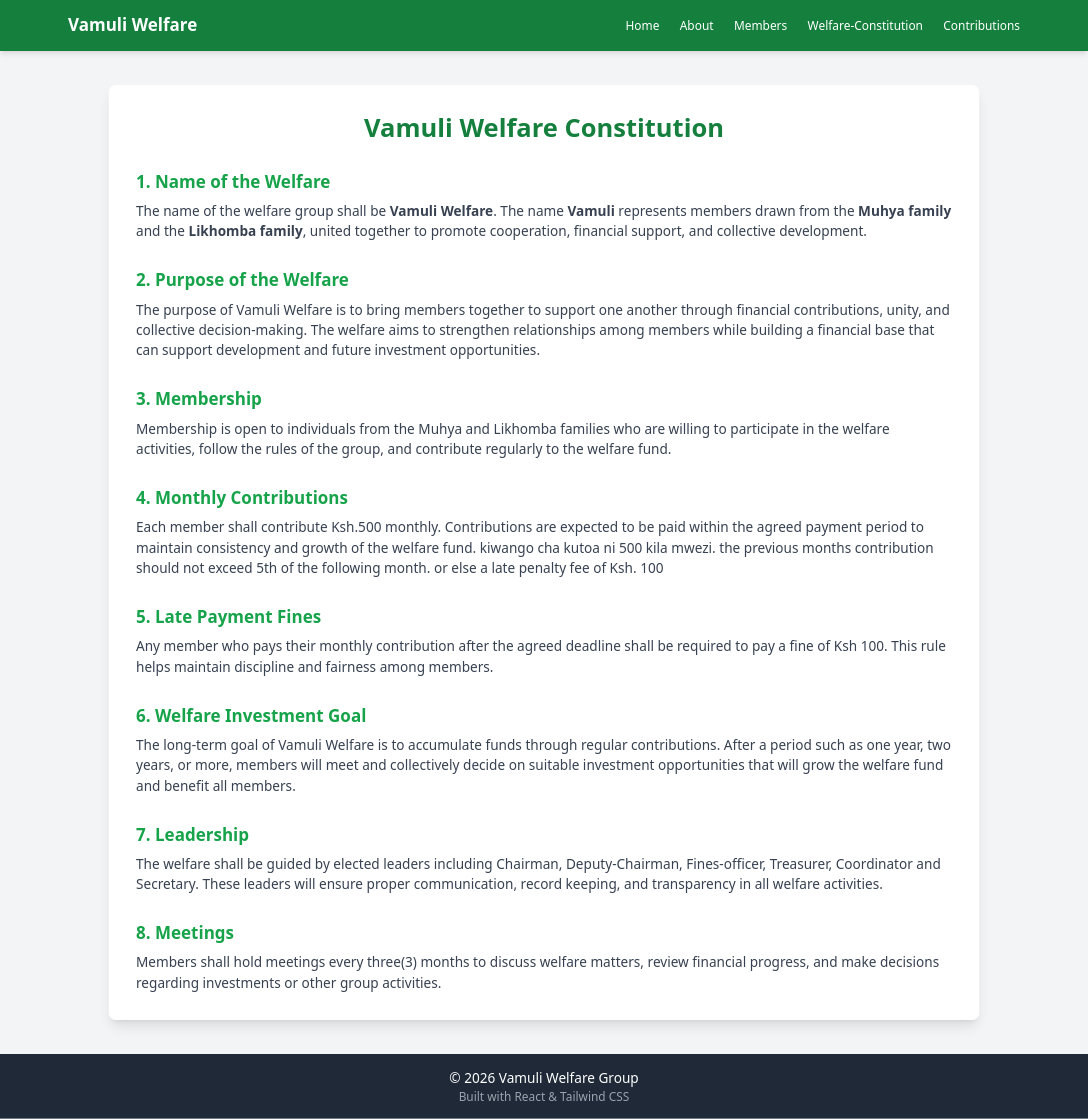
Repository: Engineer-collo/Vamuli-welfare
Page: /constitution
These files come from the project's save history. The page is drawn as it stood at one moment and after a run of saves; the edit follows.
The browser window is 1280 px wide. The pictures show the whole page, at 85% of full size.
The project was rebuilt for these pictures with package versions that can differ from the ones it lists, and the page was loaded fresh each time. Also part of the build but not shown: vite.config.js, src/pages/contributionsData.js, src/pages/Home.jsx, src/pages/Members.jsx, src/pages/ContributionsTable.jsx, src/pages/About.jsx.

Above is the page before, as saved 2026-03-16 15:28:43.

After the next 5 saves:
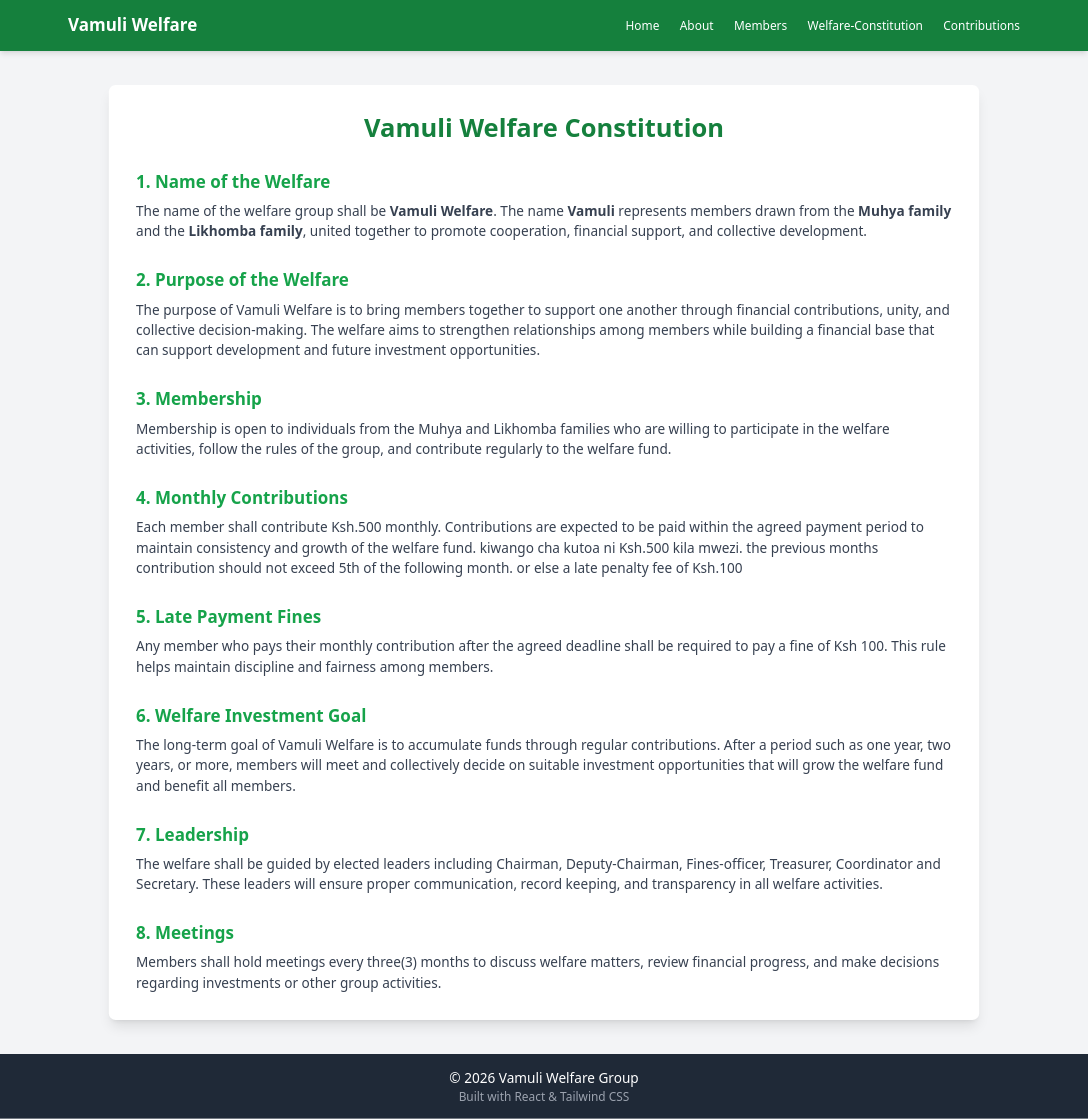
The 5 saves are shown as one change because they came seconds apart.
The last was saved 13 s later.
--- a/src/pages/WelfareConstituion.jsx
+++ b/src/pages/WelfareConstituion.jsx
@@ -67,8 +67,8 @@ function Constitution() {
           Contributions are expected to be paid within the agreed payment
           period to maintain consistency and growth of the welfare fund.
 
-          kiwango cha kutoa ni 500 kila mwezi. the previous months contribution should not exceed 5th of the following month. or else a late penalty fee
-           of Ksh. 100
+          kiwango cha kutoa ni Ksh.500 kila mwezi. the previous months contribution should not exceed 5th of the following month. or else a late penalty fee
+           of Ksh.100
         </p>
       </section>
 
